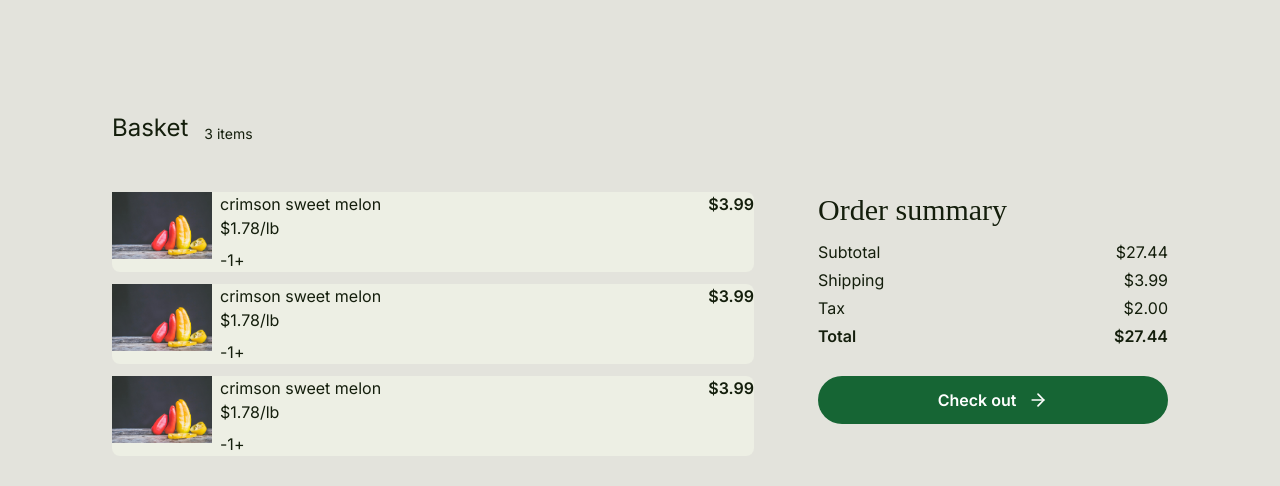
Repository: wswiselife/CSS
Page: / (app in figma-20240618/)
An editor plug-in stored every save of this project. The page is shown before and after the next save, followed by the edit.
The browser window is 1280 px wide. The pictures show the part of the page from y = 1280 to 1766 px (the page is 1766 px tall).
Some web fonts or font styles are not loaded; a fallback is used. The project was rebuilt for these pictures with package versions that can differ from the ones it lists, and the page was loaded fresh each time. The framework's server and built-in components were replaced by stand-ins that run in the browser. Also part of the build but not shown: figma-20240618/next.config.mjs, figma-20240618/app/components/navbar/UserItem.tsx.

Above is the page before, as saved 2024-06-19 07:56:41.

### figma-20240618/app/layout.tsx
import type { Metadata } from "next";
import { Inter } from "next/font/google";
import "./globals.css";

import Layout from "./components/Layout";

const inter = Inter({ subsets: ["latin"] });

export const metadata: Metadata = {
  title: "Figma hero clone",
  description: "Figma hero clone",
};

export default function RootLayout({
  children,
}: Readonly<{
  children: React.ReactNode;
}>) {
  return (
    <html lang="en">
      <body className={inter.className}>
        <Layout>
          {children}
        </Layout>
      </body>
    </html>
  );
}

### figma-20240618/app/page.tsx

import Basket from "./components/Basket";
import Hero from "./components/Hero";
import Navbar from "./components/navbar/Navbar";

export default function Home() {
  return (
   <>
     <Navbar />
     <div className="mt-20">
        <Hero />
     </div>
     <Basket />
   </>
  );
}

### figma-20240618/app/globals.css
@import url("https://fonts.googleapis.com/css2?family=Playwrite+IS:wght@100..400&display=swap");

@tailwind base;
@tailwind components;
@tailwind utilities;

:root {
    --primary-color: #476730;

    --font-color: #141e0c;
    --bg-color: #e3e3dc;
}

html {
    color: var(--font-color);
    background-color: var(--bg-color);
}

@layer components {
    .hero-p {
        @apply font-serif text-3xl md:text-5xl lg:text-6xl;
    }

    .hero-span {
        @apply font-sans;
    }
}

### figma-20240618/app/components/Layout.tsx
interface LayoutProps {
    children: React.ReactNode
}

const Layout:React.FC<LayoutProps> = ({children})=>{
    return (
        <div className="h-screen w-screen ">
            <div className="h-full w-full">
                {children}
            </div>
        </div>
    )
}

export default Layout

### figma-20240618/app/components/Basket.tsx
'use client'
import { FiArrowRight } from "react-icons/fi";

import BasketItem from "./BasketItem"
import Button from "./Button"
import Header from "./Header"

const Basket = ()=>{

    const operateContent = (
        <div className="flex justify-center items-center gap-4">
            <Button label="Default" onClick={()=>{}} ></Button>
            <Button label="A-Z" onClick={()=>{}} ></Button>
            <Button label="List view" onClick={()=>{}} ></Button>
        </div>
    )

    const data = [
        {
            id:1,
            title:'crimson sweet melon',
            price:'1.78',
            unit:"lb",
            cover:'https://images.pexels.com/photos/1391487/pexels-photo-1391487.jpeg?auto=compress&cs=tinysrgb&w=600'
        },
        {
            id:2,
            title:'crimson sweet melon',
            price:'1.78',
            unit:"lb",
            cover:'https://images.pexels.com/photos/1391487/pexels-photo-1391487.jpeg?auto=compress&cs=tinysrgb&w=600'
        },
        {
            id:3,
            title:'crimson sweet melon',
            price:'1.78',
            unit:"lb",
            cover:'https://images.pexels.com/photos/1391487/pexels-photo-1391487.jpeg?auto=compress&cs=tinysrgb&w=600'
        }
    ]

    return(
        <div className="
            flex
            flex-col
            p-8
            md:px-16
            lg:px-28
        ">
            <Header title="Basket" desc="3 items"  />

            <div className="
                flex
                justify-center
                items-start
                flex-wrap
                mt-12
                gap-8
                md:gap-16
                lg:gap-16
            ">
                {/* basket */}
                <div className="
                    flex
                    flex-1
                    flex-col
                    gap-3
                    items-center
                    min-w-[400px]
                ">
                    {
                        data.map((product)=>(

                            <BasketItem
                                key={product.id}
                                title={product.title}
                                price={product.price}
                                unit={product.unit}
                                cover={product.cover}
                            />

                        ))
                    }


                </div>

                {/* order summary */}
                <div className="w-full md:w-[350px]">
                    {/* title */}
                    <div className="text-3xl text-center md:text-left font-playwrite">
                        Order summary
                    </div>

                    <div className="
                        flex
                        flex-col
                        gap-1
                        py-3
                    ">
                        <div className="flex justify-between items-center">
                            <p>Subtotal</p>
                            <p>${27.44}</p>
                        </div>
                        <div className="flex justify-between items-center">
                            <p>Shipping</p>
                            <p>${3.99}</p>
                        </div>
                        <div className="flex justify-between items-center">
                            <p>Tax</p>
                            <p>$2.00</p>
                        </div>
                        <div className="flex justify-between items-center font-semibold">
                            <p>Total</p>
                            <p>${27.44}</p>
                        </div>
                    </div>

                    {/* button */}
                    <div className="w-full mt-4">
                        <Button label="Check out" onClick={()=>{}} fullWidth icon={FiArrowRight} />
                    </div>

                </div>
            </div>
        </div>
    )
}

export default Basket

### figma-20240618/app/components/Hero.tsx
'use client'

import Button from "./Button"

const Hero = ()=>{

    return(
        <div className="">

            {/* first path */}
            <div className="flex flex-col justify-center items-center">
                {/* title */}
                <div className="
                    flex
                    flex-col
                    items-center
                    gap-2
                    md:gap-4
                    lg:gap-8
                    py-12
                    md:py-20
                    lg:py-[121px]
                ">
                    <p className="hero-p">We're <span className="hero-span font-playwrite">farmers,purveyors,</span></p>
                    <p className="hero-p"> and <span className="hero-span font-playwrite">eaters </span>of originically</p>
                    <p className="hero-p">grown food.</p>
                </div>

                <Button label="Browse our shop" onClick={()=>{}} />
            </div>

            {/* image path */}
            <div className="flex flex-row flex-wrap justify-center items-center gap-16 py-20 ">

                <img
                    src="/images/photo4.jpg"
                    alt="photo"
                    className="
                        w-[420px]
                        h-[450px]
                        md:w-[300px]
                        md:h-[380px]
                        lg:w-[400px]
                        lg:h-[580px]
                        rounded-lg
                        object-cover
                "/>

                <div className="
                    relative
                    w-[420px]
                    h-[450px]
                    md:w-[380px]
                    md:h-[300px]
                    lg:w-[520px]
                    lg:h-[400px]
                ">
                    <img
                        src="/images/photo5.jpg"
                        alt="photo"
                        className="
                            rounded-lg
                            object-cover
                        "
                    />
                    <div className="text-sm py-4 md:text-base">

                        <p className="lg:max-w-520px md:max-w-380px max-w-420px">
                            <span className="font-semibold">Central California </span>
                            — The person who grew these was located in Central California and, er, hopefully very well-compensated.
                        </p>
                    </div>
                </div>
            </div>
        </div>
    )
}

export default Hero

### figma-20240618/app/components/navbar/Navbar.tsx
import Logo from './Logo'
import Usermenu from './Usermenu'

const Navbar = ()=>{
    return (
        <div className='z-50 fixed top-0 w-full bg-[var(--bg-color)]'>
            <div className="
                flex
                justify-between
                items-center
                px-8
                py-4
                md:px-12
                md:py-8
                lg:px-[111px]
                lg:py-[32px]

            ">
                <Logo />
                <Usermenu />
            </div>
        </div>
    )
}

export default Navbar

### figma-20240618/app/components/BasketItem.tsx
import Image from "next/image";
import { useState } from "react";

interface BasketItemProps {
    title:string;
    price?:string;
    cover?:string;
    unit?:string;
}

const BasketItem:React.FC<BasketItemProps> = ({
    title,
    price,
    cover,
    unit
})=>{

    const [count,setCount] = useState(1)

    return(
        <div className="
            flex
            flex-row
            gap-2
            w-full
            bg-[#edefe4]
            rounded-lg
        ">
            <div>
                <Image
                    width={100}
                    height={90}
                    alt="photo"
                    src={'/image/photo1.jpg'}
                />
            </div>
            <div className="flex flex-1 flex-col gap-2">

                {/* desc */}
                <div className="flex flex-row justify-between items-start">
                    <div className="flex-1">
                        <p>{title}</p>
                        <p>${price}/{unit}</p>
                    </div>
                    <div className="font-semibold">${3.99}</div>
                </div>

                {/* count */}
                <div className="flex">
                    <span>-</span>
                    <span>{count}</span>
                    <span>+</span>
                </div>

            </div>
        </div>
    )
}

export default BasketItem

### figma-20240618/app/components/Button.tsx
'use client'

import { IconType } from "react-icons";

interface ButtonProps {
    label: string;
    onClick:()=>void
    secondry?:boolean
    disabled?:boolean
    icon?:IconType
    fullWidth?:boolean
}

const Button:React.FC<ButtonProps> = ({
    label,
    onClick,
    secondry,
    disabled,
    icon:Icon,
    fullWidth
})=>{
    return (
        <button
            onClick={onClick}
            disabled={disabled}
            className={`
                flex
                flex-row
                justify-center
                items-center
                gap-3
                px-6
                py-3
                font-semibold
                disabled:opacity-70
                disabled:cursor-not-allowed
                hover:opacity-80
                ${secondry?'rounded':'rounded-full'}
                ${secondry?'bg-white':'bg-green-800'}
                ${secondry?'text-black':'text-white '}
                ${fullWidth?'w-full':'w-auto'}
                ${fullWidth?'text-center':''}

        `}>
            {label}
            {
                Icon && (<Icon size={20} ></Icon>)
            }
        </button>
    )
}

export default Button

### figma-20240618/app/components/Header.tsx
'use client'
import { ReactNode } from "react";

interface HeaderProps {
    title:string;
    desc?:string;
    operate?:ReactNode
}

const Header:React.FC<HeaderProps> = ({
    title,
    desc,
    operate
})=>{
    return(
        <div className="
            w-full
            flex
            flex-row
            justify-between
            items-center

        ">
            {/* header */}
            <div className="
                flex
                items-end
                gap-4

            ">
                <div className="text-2xl flex justify-end items-end">{title}</div>
                <div className="text-sm">{desc}</div>
            </div>

            {/* operate */}
            <div >
                {operate}
            </div>
        </div>
    )
}

export default Header

### figma-20240618/app/components/navbar/Logo.tsx

const Logo = ()=>{
    return(
        <div className="text-xl lg:text-3xl font-bold cursor-pointer">World Peas</div>
    )
}

export default Logo

### figma-20240618/app/components/navbar/Usermenu.tsx
'use client'

import { FiShoppingBag } from "react-icons/fi";
import { IoAppsOutline } from "react-icons/io5";

import useUserMenuModal from "../../hooks/useUserMenu";
import UserItem from "./UserItem";
import Button from "../Button";

const Usermenu = ()=>{

    const userMenuModal = useUserMenuModal()

    const onToggle = ()=>{
        userMenuModal.isOpen?userMenuModal.onClose():userMenuModal.onOpen()
    }

    return(
        <div className="
            flex
            items-center
            gap-4
            md:gap-4
        ">

            {/* desktop */}
            <div className="
                md:flex
                flex-row
                justify-between
                items-center
                md:gap-3
                hidden

            ">
                <div className="p-4 font-semibold text-xl">Shop</div>
                <div className="p-4 font-semibold text-xl">Newstand</div>
                <div className="p-4 font-semibold text-xl">Who we are</div>
            </div>

            {/* basket */}
            <Button label="Basket" onClick={()=>{}} icon={FiShoppingBag} />

            {/* mobile */}
            <div
                onClick={onToggle}
                className="
                    flex
                    justify-center
                    items-center
                    relative
                    p-4
                    cursor-pointer
                    transition
                    md:hidden
            ">
                <IoAppsOutline size={22} />

                {/* menu */}
                {
                    userMenuModal.isOpen && (
                        <div className="
                            absolute
                            top-16
                            right-0
                            w-80
                            bg-white
                            rounded-md
                            transition
                        ">
                            <UserItem onClick={() =>{}} label="shop"/>
                            <UserItem onClick={() =>{}} label="newstand"/>
                            <UserItem onClick={() =>{}} label="who we are"/>
                        </div>
                    )
                }

            </div>


        </div>
    )
}

export default Usermenu

### figma-20240618/app/hooks/useUserMenu.ts
import { create } from "zustand";

interface UserMenuStore {
    isOpen: boolean;
    onOpen: () => void;
    onClose: () => void;
}

const useUserMenuModal = create<UserMenuStore>(set => ({
    isOpen: false,
    onOpen: () => set({ isOpen: true }),
    onClose: () => set({ isOpen: false }),
}));

export default useUserMenuModal;

### figma-20240618/tailwind.config.ts
import type { Config } from "tailwindcss";

const config: Config = {
    content: [
        "./pages/**/*.{js,ts,jsx,tsx,mdx}",
        "./components/**/*.{js,ts,jsx,tsx,mdx}",
        "./app/**/*.{js,ts,jsx,tsx,mdx}",
    ],
    theme: {
        extend: {
            backgroundImage: {
                "gradient-radial": "radial-gradient(var(--tw-gradient-stops))",
                "gradient-conic":
                    "conic-gradient(from 180deg at 50% 50%, var(--tw-gradient-stops))",
            },
            fontFamily: {
                playwrite: ['"Playwrite IS"', "cursive"],
            },
        },
    },
    plugins: [],
};
export default config;

After the next save:
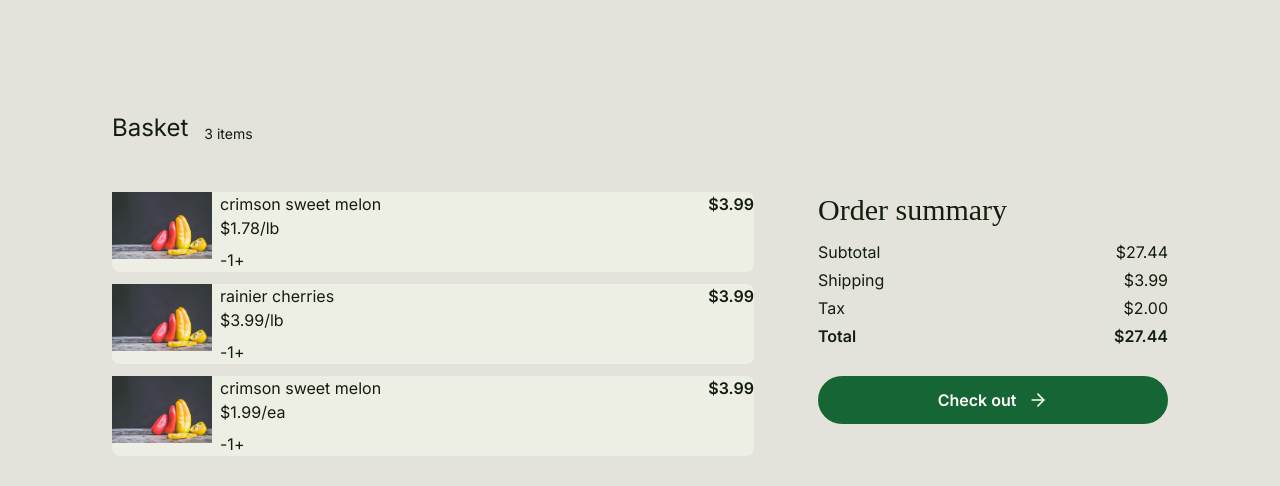
Saved 44 s later.
--- a/figma-20240618/app/components/Basket.tsx
+++ b/figma-20240618/app/components/Basket.tsx
@@ -25,16 +25,16 @@ const Basket = ()=>{
         },
         {
             id:2,
-            title:'crimson sweet melon',
-            price:'1.78',
+            title:'rainier cherries',
+            price:'3.99',
             unit:"lb",
             cover:'https://images.pexels.com/photos/1391487/pexels-photo-1391487.jpeg?auto=compress&cs=tinysrgb&w=600'
         },
         {
             id:3,
             title:'crimson sweet melon',
-            price:'1.78',
-            unit:"lb",
+            price:'1.99',
+            unit:"ea",
             cover:'https://images.pexels.com/photos/1391487/pexels-photo-1391487.jpeg?auto=compress&cs=tinysrgb&w=600'
         }
     ]
